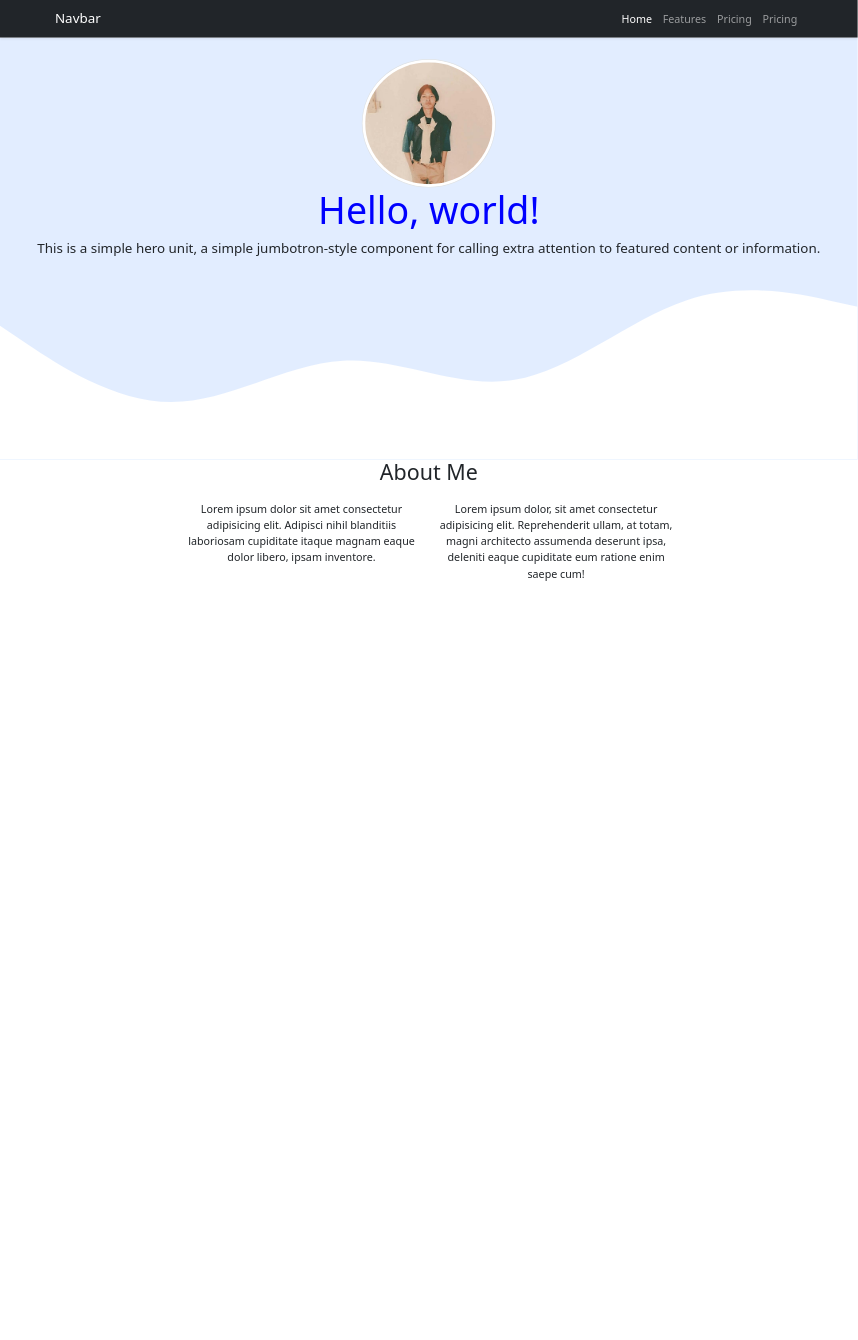
Repository: Novemberdad/gemilangtech.github.io
Page: index.html
These files come from the project's save history. The page is drawn as it stood at one moment and after the next save; the edit follows.
The browser window is 1280 px wide. The pictures show the whole page, at 67% of full size.

Above is the page before, as saved 2021-07-21 00:06:23.

### index.html
<!DOCTYPE html>
<html lang="en">

<head>
    <!-- Required meta tags -->
    <meta charset="utf-8" />
    <meta name="viewport" content="width=device-width, initial-scale=1" />

    <!-- Bootstrap CSS -->
    <link href="https://cdn.jsdelivr.net/npm/bootstrap@5.0.2/dist/css/bootstrap.min.css" rel="stylesheet" integrity="sha384-EVSTQN3/azprG1Anm3QDgpJLIm9Nao0Yz1ztcQTwFspd3yD65VohhpuuCOmLASjC" crossorigin="anonymous" />

    <!--My CSS-->
    <link rel="stylesheet" href="style.css" />
    <title>My Portofoliio</title>
    <style>
        h1 {
            text-align: center;
            color: blue;
        }
    </style>
</head>

<body>
    <!--NAVBAR-->
    <nav class="navbar navbar-expand-lg navbar-dark bg-dark shadow-sm">
        <div class="container">
            <a class="navbar-brand" href="#">Navbar</a>
            <button class="navbar-toggler" type="button" data-bs-toggle="collapse" data-bs-target="#navbarNav" aria-controls="navbarNav" aria-expanded="false" aria-label="Toggle navigation">
          <span class="navbar-toggler-icon"></span>
        </button>
            <div class="collapse navbar-collapse" id="navbarNav">
                <ul class="navbar-nav ms-auto">
                    <li class="nav-item">
                        <a class="nav-link active" aria-current="page" href="#">Home</a>
                    </li>
                    <li class="nav-item">
                        <a class="nav-link" href="#">Features</a>
                    </li>
                    <li class="nav-item">
                        <a class="nav-link" href="#">Pricing</a>
                    </li>
                    <li class="nav-item">
                        <a class="nav-link" href="#">Pricing</a>
                    </li>
                </ul>
            </div>
        </div>
    </nav>
    <!--AKHIR NAVBAR-->

    <!--jumbortron-->
    <section class="jumbotron text-center">
        <img src="image/logo.jpg" alt="logo" width="200" class="rounded-circle img-thumbnail" />
        <h1 class="display-4">Hello, world!</h1>
        <p class="lead">This is a simple hero unit, a simple jumbotron-style component for calling extra attention to featured content or information.</p>
        <svg xmlns="http://www.w3.org/2000/svg" viewBox="0 0 1440 320">
        <path
          fill="#ffffff"
          fill-opacity="1"
          d="M0,96L48,128C96,160,192,224,288,224C384,224,480,160,576,154.7C672,149,768,203,864,186.7C960,171,1056,85,1152,53.3C1248,21,1344,43,1392,53.3L1440,64L1440,320L1392,320C1344,320,1248,320,1152,320C1056,320,960,320,864,320C768,320,672,320,576,320C480,320,384,320,288,320C192,320,96,320,48,320L0,320Z"
        ></path>
      </svg>
    </section>
    <!--akhir jumbotron-->

    <!--about-->
    <section id="about">
        <div class="container">
            <div class="row text-center mb-3">
                <div class="col">
                    <h2>About Me</h2>
                </div>
            </div>
            <div class="row justify-content-center text-center">
                <div class="col-4">
                    <p>Lorem ipsum dolor sit amet consectetur adipisicing elit. Adipisci nihil blanditiis laboriosam cupiditate itaque magnam eaque dolor libero, ipsam inventore.</p>
                </div>
                <div class="col-4">
                    <p>Lorem ipsum dolor, sit amet consectetur adipisicing elit. Reprehenderit ullam, at totam, magni architecto assumenda deserunt ipsa, deleniti eaque cupiditate eum ratione enim saepe cum!</p>
                </div>
            </div>
    </section>
    <!--akhir about-->
    <script src="https://cdn.jsdelivr.net/npm/bootstrap@5.0.2/dist/js/bootstrap.bundle.min.js" integrity="sha384-MrcW6ZMFYlzcLA8Nl+NtUVF0sA7MsXsP1UyJoMp4YLEuNSfAP+JcXn/tWtIaxVXM" crossorigin="anonymous"></script>

    <!-- Option 2: Separate Popper and Bootstrap JS -->
    <!--
    <script src="https://cdn.jsdelivr.net/npm/@popperjs/core@2.9.2/dist/umd/popper.min.js" integrity="sha384-IQsoLXl5PILFhosVNubq5LC7Qb9DXgDA9i+tQ8Zj3iwWAwPtgFTxbJ8NT4GN1R8p" crossorigin="anonymous"></script>
    <script src="https://cdn.jsdelivr.net/npm/bootstrap@5.0.2/dist/js/bootstrap.min.js" integrity="sha384-cVKIPhGWiC2Al4u+LWgxfKTRIcfu0JTxR+EQDz/bgldoEyl4H0zUF0QKbrJ0EcQF" crossorigin="anonymous"></script>
    -->
</body>

</html>

### style.css
body {
    min-height: 2000px;
}

.jumbotron {
    padding-top: 2rem;
    background-color: #e2edff;
}

After the next save:
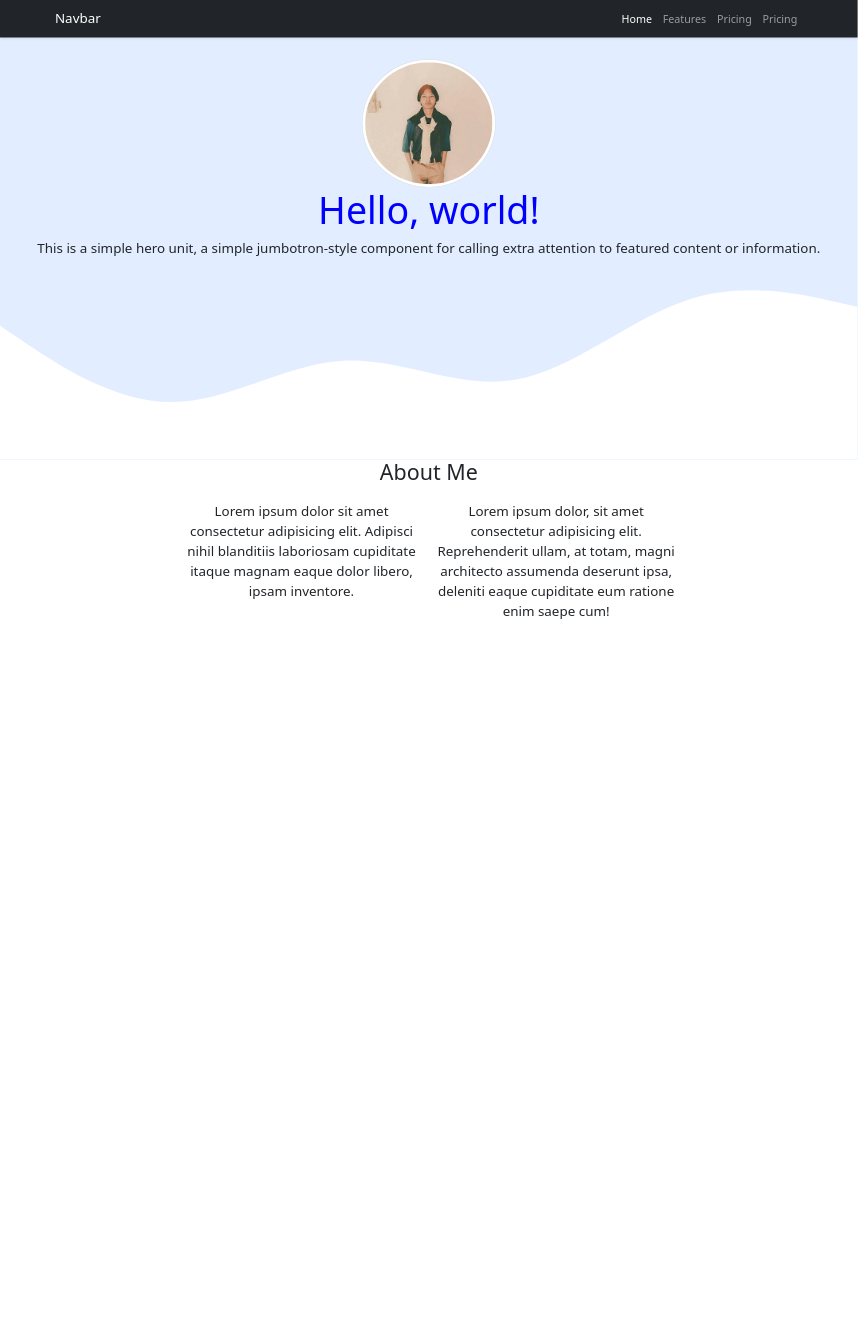
Saved 90 s later.
--- a/index.html
+++ b/index.html
@@ -71,7 +71,7 @@
                     <h2>About Me</h2>
                 </div>
             </div>
-            <div class="row justify-content-center text-center">
+            <div class="row justify-content-center fs-5 text-center">
                 <div class="col-4">
                     <p>Lorem ipsum dolor sit amet consectetur adipisicing elit. Adipisci nihil blanditiis laboriosam cupiditate itaque magnam eaque dolor libero, ipsam inventore.</p>
                 </div>
